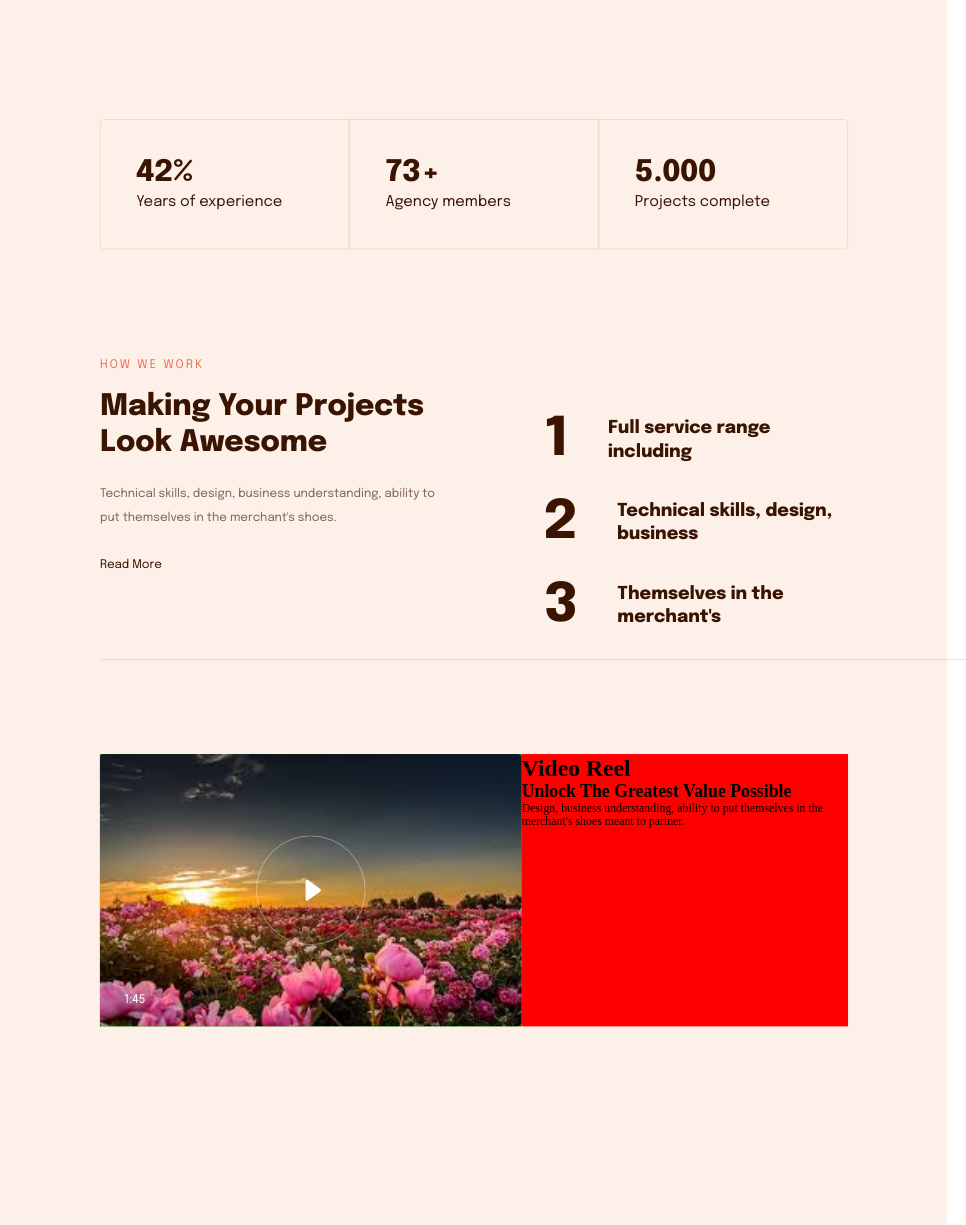
Repository: AytacJafarova/task2
Page: index.html
The author's editor kept a copy of each file at every save. The page is drawn from the files as they stood at one save, then again after a run of saves.
The browser window is 1280 px wide. The page is 1305 px wide, so the pictures cover 1305 px, including what lies to the right of the window. The pictures show the whole page, at 74% of full size.

Above is the page before, as saved 2023-08-01 14:38:29.

### index.html
<!DOCTYPE html>
<html lang="en">

<head>
    <meta charset="UTF-8">
    <meta name="viewport" content="width=device-width, initial-scale=1.0">
    <title>Document</title>
    <link rel="stylesheet" href="./index.css">
</head>

<body>
    <div class="container">
        <div class="projects">
            <ul>
                <li>

                    <h1>42%</h1>
                    <p>Years of experience</p>
                </li>
                <li>
                    <h1>73+</h1>
                    <p>Agency members</p>
                </li>
                <li>
                    <h1>5.000</h1>
                    <p>Projects complete</p>
                </li>
            </ul>
        </div>
        <div class="work">
            <div class="box1">
                <h1>How we work</h1>
                <h2>Making Your Projects <br> Look Awesome</h2>
                <p>Technical skills, design, business understanding, ability to put themselves in the
                    merchant's shoes.</p>
                <a href="#">Read More</a>
            </div>
            <div class="box2">
                <ul>
                    <li>
                        <h1>1</h1>
                        <p>Full service range including</p>
                    </li>
                    <li>
                        <h1>2</h1>
                        <p>Technical skills, design, business</p>
                    </li>
                    <li>
                        <h1>3</h1>
                        <p>Themselves in the merchant's</p>
                    </li>
                </ul>
            </div>
        </div>
        <div class="border"></div>
        <div class="video">
            <div class="video-img">
                <img class="first" src="./images/images.jpg" alt="">
                <img class="second" src="./images/play.svg" alt="">
                <p>1:45</p>
            </div>
            <div class="texts">
                <h1>Video Reel</h1>
                <h2>Unlock The Greatest Value Possible</h2>
                <p>Design, business understanding, ability to put themselves in the merchant's shoes meant to partner.
                </p>
            </div>
        </div>
    </div>
</body>

</html>

### index.css
@import url("https://fonts.googleapis.com/css2?family=Epilogue:wght@400;800&display=swap");
* {
  padding: 0;
  margin: 0;
  box-sizing: border-box;
}
.container {
  padding: 161px 134px 268px 135px;
  background: #fdf0e9;
}
.projects ul {
  display: flex;
  /* border-radius: 6px 0px 0px 6px; */
}
.projects ul li {
  display: flex;
  flex-direction: column;
  justify-content: center;
  list-style-type: none;
  border: 1px solid #f3d1bf;
  width: 33.33%;
  height: 176px;
  padding-left: 48px;
}
.projects li:first-child {
  border-radius: 6px 0px 0px 6px;
}
.projects li:last-child {
  border-radius: 0px 6px 6px 0px;
}

.projects ul li h1 {
  color: var(--text-dark, #391400);
  font-feature-settings: "clig" off, "liga" off;
  font-family: Epilogue;
  font-size: 40px;
  font-style: normal;
  font-weight: 800;
  line-height: 48px;
}
.projects ul li p {
  color: var(--text-dark, #391400);
  font-feature-settings: "clig" off, "liga" off;
  font-family: Epilogue;
  font-size: 20px;
  font-style: normal;
  font-weight: 400;
  line-height: 32px;
}
.work {
  display: flex;
  margin-top: 140px;
}
.box1 h1 {
  color: var(--text-dark-accent, #ef6d58);
  font-feature-settings: "clig" off, "liga" off;
  font-family: Epilogue;
  font-size: 16px;
  font-style: normal;
  font-weight: 400;
  line-height: 32px;
  letter-spacing: 3px;
  text-transform: uppercase;
  margin-bottom: 17px;
}
.box1 h2 {
  color: var(--text-dark, #391400);
  font-feature-settings: "clig" off, "liga" off;
  font-family: Epilogue;
  font-size: 40px;
  font-style: normal;
  font-weight: 800;
  line-height: 48px;
  margin-bottom: 30px;
}
.box1 p {
  width: 470px;
  height: 68px;
  flex-shrink: 0;
  color: var(--text-dark-gray, rgba(57, 20, 0, 0.64));
  font-feature-settings: "clig" off, "liga" off;
  font-family: Epilogue;
  font-size: 16px;
  font-style: normal;
  font-weight: 400;
  line-height: 32px;
  margin-bottom: 28px;
}
.box1 a {
  color: var(--text-dark, #391400);
  font-feature-settings: "clig" off, "liga" off;
  font-family: Epilogue;
  font-size: 16px;
  font-style: normal;
  font-weight: 400;
  line-height: 32px;
  text-decoration: none;
}
.box2 {
  display: flex;
  margin-left: 130px;
  margin-top: 78px;
}
.box2 ul li {
  display: flex;
  align-items: center;
  list-style-type: none;
  margin-bottom: 32px;
}
.box2 ul li h1 {
  margin-right: 55px;
  color: #391400;
  font-feature-settings: "clig" off, "liga" off;
  font-family: Epilogue;
  font-size: 72px;
  font-style: normal;
  font-weight: 800;
  line-height: 80px;
  letter-spacing: -2px;
}
.box2 ul li p {
  color: var(--text-dark, #391400);
  font-feature-settings: "clig" off, "liga" off;
  font-family: Epilogue;
  font-size: 24px;
  font-style: normal;
  font-weight: 700;
  line-height: 32px;
}
.border {
  width: 1170px;
  height: 1px;
  flex-shrink: 0;
  background: #f3d1bf;
}
.video {
  display: flex;
  margin-top: 127px;
}
.video .texts{
    background-color: red;
    mar
}
.video-img{
    width: 570px;
    height: 368px;
background-color: green;
position: relative;
}
.video .video-img .first {
  width: 570px;
  height: 368px;
  flex-shrink: 0;
  border-radius: 6px;
}
.video .video-img .second {
  width: 148px;
  height: 148px;
  flex-shrink: 0;
  color: #FFFF;
  margin-bottom: 0;
  position: absolute;
 left: 50%;
 top: 50%;
 transform: translate(-50%,-50%);

}
.video-img p {
  position: absolute;
  left: 33px;
  bottom: 20px;
  color: var(--text-light, #FFF);
font-feature-settings: 'clig' off, 'liga' off;
font-family: Epilogue;
font-size: 16px;
font-style: normal;
font-weight: 400;
line-height: 32px;
color: rgb(red, green, blue);
}

After the next 2 saves:
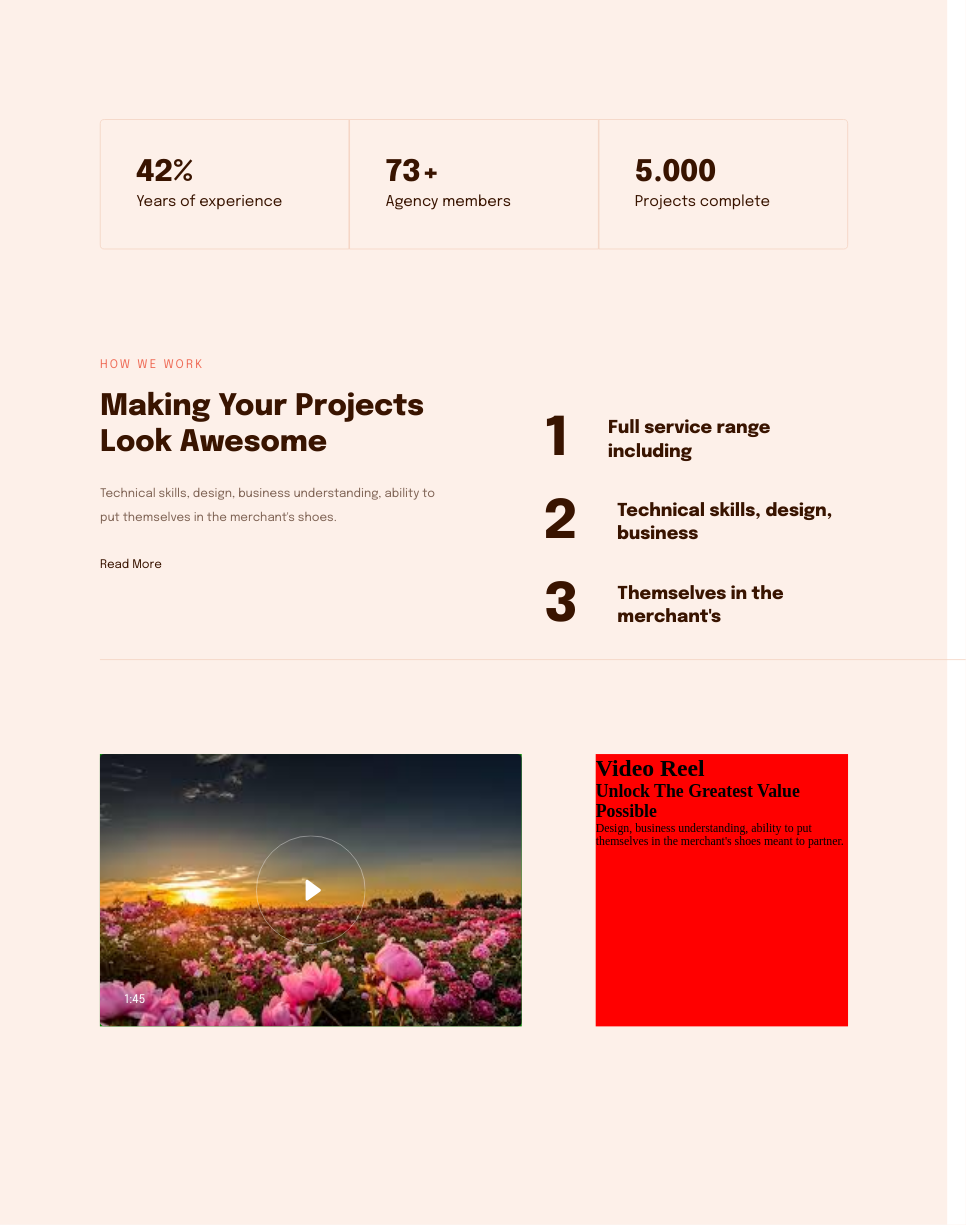
The 2 saves are shown as one change because they came seconds apart.
The last was saved 19 s later.
--- a/index.css
+++ b/index.css
@@ -139,7 +139,7 @@
 }
 .video .texts{
     background-color: red;
-    mar
+    margin-left: 100px;
 }
 .video-img{
     width: 570px;

After the save that followed:
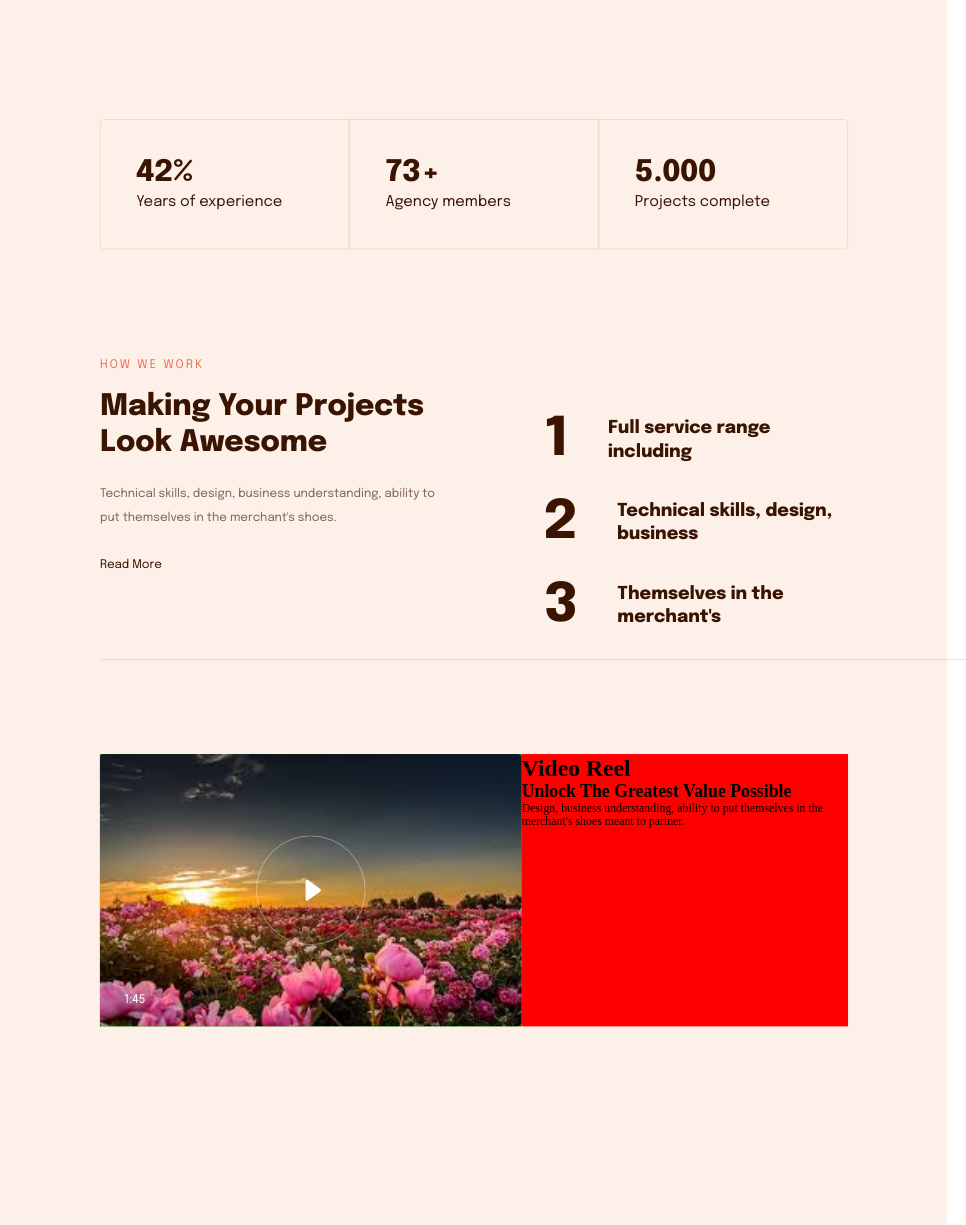
Saved 20 s later.
--- a/index.css
+++ b/index.css
@@ -139,7 +139,7 @@
 }
 .video .texts{
     background-color: red;
-    margin-left: 100px;
+    /* margin-left: 100px; */
 }
 .video-img{
     width: 570px;
